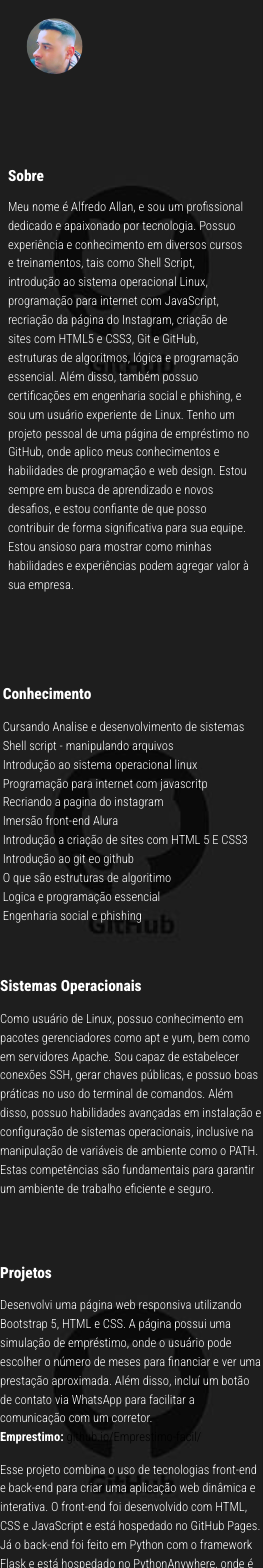
Repository: alfredo-allan/Portfolio
Page: index.html
The author's editor kept a copy of each file at every save. The page is drawn from the files as they stood at one save, then again after the next save.
The browser window is 375 px wide. The pictures show the part of the page from y = 0 to 2240 px (the page is 4270 px tall), at 70% of full size.
Backgrounds fixed to the window are drawn as part of the page.

Above is the page before, as saved 2024-05-30 19:35:14.

### index.html
<!DOCTYPE html>
<html lang="pt-BR">
  <head>
    <meta charset="UTF-8" />
    <meta name="viewport" content="width=device-width, initial-scale=1.0" />
    <link
      rel="stylesheet"
      href="https://stackpath.bootstrapcdn.com/bootstrap/4.1.3/css/bootstrap.min.css"
      integrity="sha384-MCw98/SFnGE8fJT3GXwEOngsV7Zt27NXFoaoApmYm81iuXoPkFOJwJ8ERdknLPMO"
      crossorigin="anonymous"
    />
    <link rel="stylesheet" href="./src/assets/styles/home.css" />
    <link
      href="https://fonts.googleapis.com/css2?family=Roboto+Condensed:ital,wght@0,100..900;1,100..900&display=swap"
      rel="stylesheet"
    />

    <title>Portfolio</title>
    <div class="foto-perfil">
      <img src="./src/assets/images/foto-perfil.jpeg" alt="Minha Foto" />
    </div>
    <div id="menu-options">
      <ul>
        <span id="close-icon">X</span>
        <br />
        <li><a href="#Sobre">Sobre</a></li>
        <li><a href="#Conhecimento">Conhecimento</a></li>
        <li><a href="#Contato">Contato</a></li>
        <li><a href="#Projetos">Projetos</a></li>
        <li><a href="#Atividades">Atividades Faculdade</a></li>
        <li><a href="./curriculo.html">Currículo</a></li>
      </ul>
    </div>

    <header>
      <img id="menu-icon" src="./src/assets/images/barra-menu.png" alt="" />

      <!-- <img id="cha" src="./img/marijuana.png" alt="" />
        <img id="po" src="./img/cocaina.png" alt="" />
        <img id="bala" src="./img/mdma.png" alt="" />
        <img id="lsd" src="./img/lsd.png" alt="" />
        <img id="ghb" src="./img/ghb.png" alt="" /> -->
    </header>
    <div class="container" id="Sobre">
      <h2>Sobre</h2>
      <p>
        Meu nome é Alfredo Allan, e sou um profissional dedicado e apaixonado
        por tecnologia. Possuo experiência e conhecimento em diversos cursos e
        treinamentos, tais como Shell Script, introdução ao sistema operacional
        Linux, programação para internet com JavaScript, recriação da página do
        Instagram, criação de sites com HTML5 e CSS3, Git e GitHub, estruturas
        de algoritmos, lógica e programação essencial. Além disso, também possuo
        certificações em engenharia social e phishing, e sou um usuário
        experiente de Linux. Tenho um projeto pessoal de uma página de
        empréstimo no GitHub, onde aplico meus conhecimentos e habilidades de
        programação e web design. Estou sempre em busca de aprendizado e novos
        desafios, e estou confiante de que posso contribuir de forma
        significativa para sua equipe. Estou ansioso para mostrar como minhas
        habilidades e experiências podem agregar valor à sua empresa.
      </p>
    </div>
    <div id="Conhecimento">
      <h2>Conhecimento</h2>
      <p>
        Cursando Analise e desenvolvimento de sistemas <br />
        Shell script - manipulando arquivos <br />
        Introdução ao sistema operacional linux <br />
        Programação para internet com javascritp <br />
        Recriando a pagina do instagram <br />
        Imersão front-end Alura <br />
        Introdução a criação de sites com HTML 5 E CSS3 <br />
        Introdução ao git eo github <br />
        O que são estruturas de algoritimo <br />
        Logica e programação essencial <br />
        Engenharia social e phishing <br />
      </p>
    </div>

    <div id="sistemas">
      <h2>Sistemas Operacionais</h2>
      <p>
        Como usuário de Linux, possuo conhecimento em pacotes gerenciadores como
        apt e yum, bem como em servidores Apache. Sou capaz de estabelecer
        conexões SSH, gerar chaves públicas, e possuo boas práticas no uso do
        terminal de comandos. Além disso, possuo habilidades avançadas em
        instalação e configuração de sistemas operacionais, inclusive na
        manipulação de variáveis de ambiente como o PATH. Estas competências são
        fundamentais para garantir um ambiente de trabalho eficiente e seguro.
      </p>
    </div>
    <div id="Projetos">
      <h2>Projetos</h2>
      <p>
        Desenvolvi uma página web responsiva utilizando Bootstrap 5, HTML e CSS.
        A página possui uma simulação de empréstimo, onde o usuário pode
        escolher o número de meses para financiar e ver uma prestação
        aproximada. Além disso, incluí um botão de contato via WhatsApp para
        facilitar a comunicação com um corretor. <br />
        <strong>Emprestimo:</strong
        ><a href="https://allan-mecanico.github.io/Emprestimo-facil/index.html">
          github.io/Emprestimo-facil/
        </a>
      </p>
      <p>
        Esse projeto combina o uso de tecnologias front-end e back-end para
        criar uma aplicação web dinâmica e interativa. O front-end foi
        desenvolvido com HTML, CSS e JavaScript e está hospedado no GitHub
        Pages. Já o back-end foi feito em Python com o framework Flask e está
        hospedado no PythonAnywhere, onde é utilizado como um servidor de um
        banco de dados SQLite. A aplicação conta com rotas para criar, deletar e
        atualizar dados de forma eficiente e segura. Este projeto exemplifica
        minha habilidade em desenvolver soluções completas e funcionais,
        integrando diferentes tecnologias para criar uma experiência de usuário
        eficaz e completa a pagina possi somente responsividade mobile. <br />
        <strong>Ketlyn Lash Designer:</strong
        ><a href="https://allan-mecanico.github.io/Lash-Designer/">
          github.io/Lash-Designer/
        </a>
      </p>
      <p>
        <strong>Controle de Datas de Validade de Produtos Frutap</strong>
        O projeto de controle de datas de validade de produtos Frutap é um
        sistema abrangente desenvolvido para gerenciar a validade de produtos em
        supermercados. A seguir, apresento um resumo das principais
        funcionalidades e características do sistema:

        <strong>Funcionalidades Principais</strong>
        Cadastro de Supermercados: Os supermercados podem ser cadastrados no
        sistema, e o nome dos mercados é automaticamente preenchido
        (autocompletar) para facilitar o processo de entrada de dados. Gestão de
        Produtos por Código EAN: O sistema utiliza códigos EAN para identificar
        os produtos. Ao digitar o código EAN, o sistema recupera e exibe a
        descrição do produto a partir de um arquivo JSON, garantindo precisão e
        agilidade no cadastro e consulta. Controle de Datas de Validade: Os
        produtos têm suas datas de validade monitoradas de maneira eficiente. O
        sistema alerta sobre produtos que estão prestes a vencer, ajudando os
        supermercados a gerenciar melhor seus estoques e reduzir perdas.
        <strong>Operações CRUD (Create, Read, Update, Delete):</strong>

        <strong>Criação:</strong> Novos produtos e supermercados podem ser
        adicionados ao sistema. <strong>Leitura:</strong> Consultas podem ser
        realizadas para visualizar informações de produtos e supermercados
        cadastrados. <strong>Atualização:</strong> As informações existentes
        podem ser atualizadas conforme necessário.
        <strong>Exclusão:</strong> Produtos e supermercados podem ser removidos
        do sistema, mantendo os dados atualizados. Tecnologia Utilizada JSON:
        Utilizado para armazenar e gerenciar dados de produtos e supermercados
        de forma estruturada e fácil de manipular. Autocompletar: Implementado
        para melhorar a usabilidade no cadastro de supermercados. Benefícios
        Eficiência: Automatiza o controle de datas de validade, reduzindo a
        necessidade de verificações manuais. Precisão: Garante que as
        informações sobre produtos estejam sempre atualizadas e precisas.
        Usabilidade: Facilita o cadastro e a consulta de informações com o
        autocompletar e a recuperação de dados pelo código EAN.
        <strong>Conclusão</strong>
        Este sistema de controle de datas de validade de produtos Frutap é uma
        solução robusta e eficiente para a gestão de estoques em supermercados,
        proporcionando uma maneira prática e confiável de monitorar a validade
        dos produtos e otimizar a operação dos estabelecimentos.
        <strong>Controle De Datas Frutap</strong>
        <a href="https://allan-mecanico.github.io/ControleDeDatasFrontEnd/"
          >github.io/ControleDeDatasFrontEnd/</a
        >
      </p>
    </div>
    <div id="Atividades">
      <p>
        Nome: Alfredo e Gustavo <br />
        Data: 05/04/2024 <br />
        <a href="https://zenodo.org/records/10929316"
          >Desenvolvimento web e Sistemas operacionais <br />
          DOI:10.5281/zenodo.10929316</a
        >
      </p>
    </div>
    <div id="Contato">
      <h2>Contato</h2>

      <p>
        <strong>Email:</strong> allan.teixeira92@gmail.com <br />
        <strong>Linkedln:</strong
        ><a
          href="https://www.linkedin.com/in/alfredo-allan-teixeira-ba2701149/"
        >
          www.linkedin.com/in/alfredo-allan-teixeira <br
        /></a>

        <strong>Github:</strong
        ><a href="https://github.com/allan-mecanico">
          github.com/allan-mecanico<br
        /></a>
        <strong>WhatsApp:</strong
        ><a href="https://api.whatsapp.com/send?phone=5511913311054">
          (11) 91331-1054<br
        /></a>
      </p>
    </div>
  </head>
  <body>
    <script>
      const menuIcon = document.getElementById("menu-icon");
      const menuOptions = document.getElementById("menu-options");
      const closeIcon = document.getElementById("close-icon");

      menuIcon.addEventListener("click", function () {
        if (menuOptions.style.display === "none") {
          menuOptions.style.display = "block";
        } else {
          menuOptions.style.display = "none";
        }
      });

      closeIcon.addEventListener("click", function () {
        menuOptions.style.display = "none";
      });
    </script>
  </body>
</html>

### src/assets/styles/home.css
:root {
  --roboto-condensed: "Roboto Condensed", sans-serif;
}

body {
  font-family: var(--roboto-condensed);
  background-color: rgb(26, 24, 24);
  background-position: center;
  background-size: cover;
}

@media (min-width: 310px) and (max-width: 480px) {
  body {
    background-image: url("../images/git-img.jpg");
    background-repeat: no-repeat;
    background-attachment: fixed;
  }
}

.menu ul {
  font-size: 1.5rem;
  font-weight: 600;
  margin-top: -14%;
  margin-right: 4%;
  text-align: right;
  list-style: none;
  li {
    margin-right: 12px;
    display: inline-block;
  }
}

@media only screen and (min-width: 310px) and (max-width: 450px) {
  .menu ul {
    font-weight: 1000;
    text-align: left;
    margin-top: -45%;
    padding: 20%;
    margin-left: 75%;
    font-size: 20px;
  }
}

.foto-perfil {
  margin-top: 1%;
  margin-left: 10%;
  width: 200px;
  height: 200px;
  border-radius: 50%;
  overflow: hidden;
}

.foto-perfil img {
  width: 100%;
  height: 100%;
  object-fit: cover;
}

@media only screen and (min-width: 310px) and (max-width: 450px) {
  .foto-perfil {
    width: 80px;
    height: 80px;
    margin-left: 10%;
    margin-top: 7%;
  }
}

#Sobre {
  color: white;
  margin-top: 30%;
  margin-left: 9%;
  h2 {
    font-weight: 1000;
    font-size: 35px;
    font-weight: 800;
  }
  p {
    font-weight: 300;
    margin-top: 5%;
    font-size: 25px;
    font-family: var(--roboto-condensed);
    width: 100%; /* Define a largura desejada */
    font-weight: 600;
  }
}

@media only screen and (min-width: 310px) and (max-width: 450px) {
  #Sobre {
    margin-left: -1%;
    margin-top: 35%;
    h2 {
      color: white;
      font-size: 22px;
      font-weight: 800;
    }
    p {
      color: white;
      margin-top: 5%;
      font-size: 18px;
      font-family: var(--roboto-condensed);
      width: 100%; /* Define a largura desejada */
      font-weight: 350;
    }
  }
}

@media screen and (min-width: 310px) and (max-width: 450px) {
  #menu-icon {
    margin-left: 200px;
  }
}

#Conhecimento {
  color: white;
  margin-top: 15%;
  margin-left: 9%;
  h2 {
    font-size: 35px;
    font-weight: 800;
  }
  p {
    margin-top: 5%;
    font-size: 25px;
    font-family: var(--roboto-condensed);
    width: 90%; /* Define a largura desejada */
    font-weight: 600;
  }
}

@media only screen and (min-width: 310px) and (max-width: 450px) {
  #Conhecimento {
    margin-left: 1%;
    margin-top: 35%;
    h2 {
      color: white;
      font-size: 22px;
      font-weight: 800;
    }
    p {
      color: white;
      margin-top: 5%;
      font-size: 18px;
      font-family: var(--roboto-condensed);
      width: 100%; /* Define a largura desejada */
      font-weight: 350;
    }
  }
}
#sistemas {
  color: white;
  margin-top: 15%;
  margin-left: 9%;
  h2 {
    font-size: 35px;
    font-weight: 800;
  }
  p {
    margin-top: 5%;
    font-size: 25px;
    font-family: var(--roboto-condensed);
    width: 90%; /* Define a largura desejada */
    font-weight: 600;
  }
}

@media only screen and (min-width: 310px) and (max-width: 450px) {
  #sistemas {
    margin-left: -0%;
    margin-top: 20%;
    h2 {
      font-size: 22px;
      font-weight: 800;
    }
    p {
      margin-top: 5%;
      font-size: 18px;
      font-family: var(--roboto-condensed);
      width: 100%; /* Define a largura desejada */
      font-weight: 350;
    }
  }
}

#Projetos {
  color: white;
  margin-top: 15%;
  margin-left: 9%;
  h2 {
    font-size: 35px;
    font-weight: 800;
  }
  p {
    margin-top: 5%;
    font-size: 25px;
    font-family: var(--roboto-condensed);
    width: 90%; /* Define a largura desejada */
    font-weight: 600;
  }
}

@media only screen and (min-width: 310px) and (max-width: 450px) {
  #Projetos {
    margin-left: -0%;
    margin-top: 25%;
    h2 {
      font-size: 22px;
      font-weight: 800;
    }
    p {
      color: white;
      margin-top: 5%;
      font-size: 18px;
      font-family: var(--roboto-condensed);
      width: 100%; /* Define a largura desejada */
      font-weight: 350;
    }
  }
}

#Atividades {
  color: white;
  margin-top: 15%;
  margin-left: 9%;
  h2 {
    font-size: 35px;
    font-weight: 800;
  }
  p {
    margin-top: 5%;
    font-size: 25px;
    font-family: var(--roboto-condensed);
    width: 90%; /* Define a largura desejada */
    font-weight: 600;
  }
}

@media only screen and (min-width: 310px) and (max-width: 450px) {
  #Atividades {
    margin-left: -0%;
    margin-top: 25%;
    h2 {
      font-size: 22px;
      font-weight: 800;
    }
    p {
      color: white;
      margin-top: 5%;
      font-size: 18px;
      font-family: var(--roboto-condensed);
      width: 100%; /* Define a largura desejada */
      font-weight: 350;
    }
  }
}

#Contato {
  color: white;
  margin-top: 15%;
  margin-left: 9%;
  h2 {
    font-size: 35px;
    font-weight: 800;
  }
  p {
    margin-top: 5%;
    font-size: 25px;
    font-family: var(--roboto-condensed);
    width: 90%; /* Define a largura desejada */
    font-weight: 600;
  }
}

@media only screen and (min-width: 310px) and (max-width: 450px) {
  #Contato {
    margin-top: 25%;
    margin-left: 0%;
    h2 {
      font-size: 22px;
      font-weight: 800;
    }
    p {
      width: 100%;
      margin-top: 5%;
      font-size: 18px;
      font-family: var(--roboto-condensed);
      font-weight: 350;
    }
  }
}

#menu-icon {
  position: absolute;
  margin-top: -190px;
  margin-left: 30px;
  width: 45px;
}

a {
  color: white;
  text-decoration: none; /* Remove o sublinhado */
}

#menu-options {
  display: none;
  position: absolute;
  top: 0;
  left: 0;
  margin-top: 0px;
  width: 20%;
  height: 52vh;
  background-color: white;
  z-index: 999;
  font-weight: 900;
  border-bottom-right-radius: 10%;
  color: white;
  letter-spacing: 2px;
}

a {
  text-decoration: none; /* Remove o sublinhado */
  color: black;
}

#close-icon {
  color: black;
  margin-left: 215px;
  position: absolute;
  margin-top: 10px;
}

#menu-options ul {
  list-style: none;
  padding: 0;
  margin-left: 10px;
  font-size: 20px;
}

#menu-options ul li {
  padding: 10px;
  /* border-bottom: 1px solid white; */
}

After the next save:
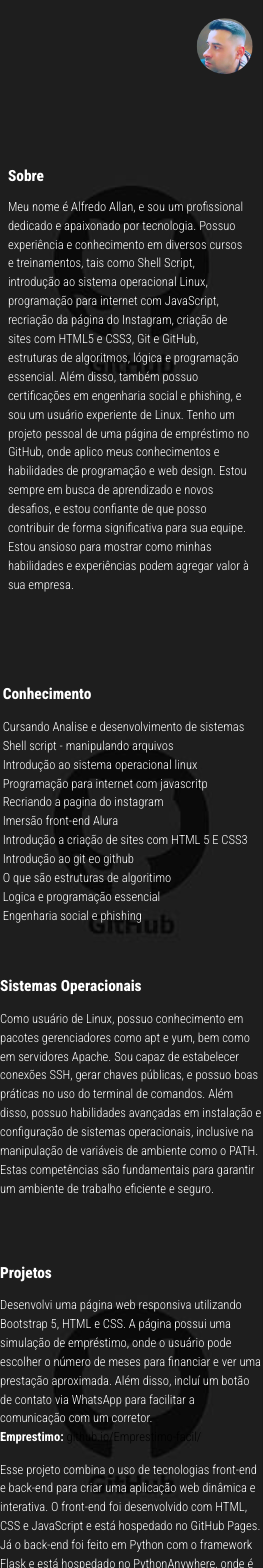
Saved 47 s later.
--- a/src/assets/styles/home.css
+++ b/src/assets/styles/home.css
@@ -60,7 +60,7 @@ body {
   .foto-perfil {
     width: 80px;
     height: 80px;
-    margin-left: 10%;
+    margin-left: 75%;
     margin-top: 7%;
   }
 }
